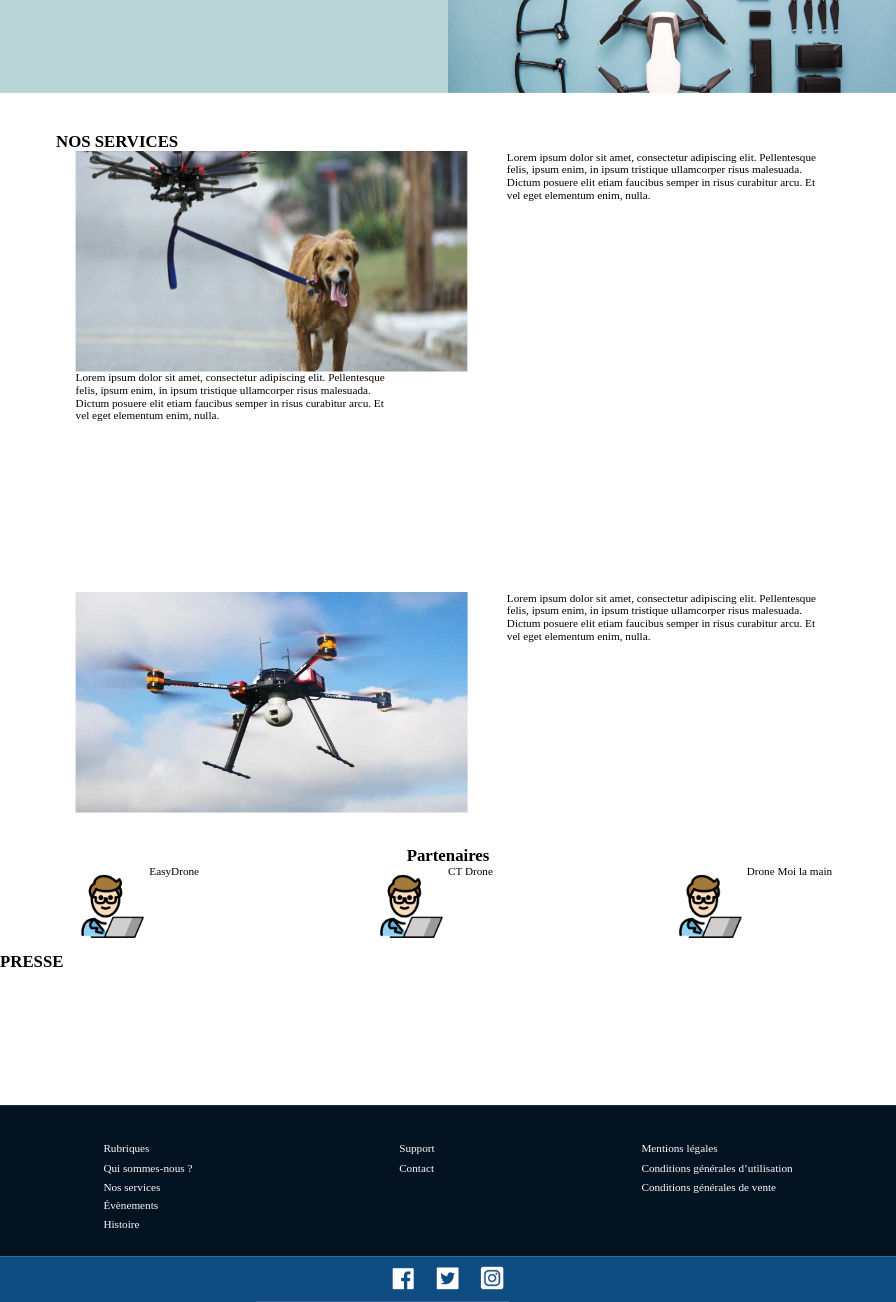
Repository: clairedupuich/serv_drone
Page: http://localhost/aceuille.html
The author's editor kept a copy of each file at every save. The page is drawn from the files as they stood at one save, then again after a run of saves.
The browser window is 1280 px wide. The pictures show the part of the page from y = 744 to 2664 px (the page is 2604 px tall before and 2664 px after), at 70% of full size.
Pictures or frames that could not be fetched are drawn as grey boxes. The page is run by PHP 8.4 with error messages shown; the project is at /var/www/html/.

Above is the page before, as saved 2020-11-01 22:34:56.

### aceuille.html
<!DOCTYPE html>
<html lang="en">
<head>
    <meta charset="UTF-8">
    <meta name="viewport" content="width=device-width, initial-scale=1.0">
    <title>Aceuille</title>
    <link rel="stylesheet" href="style.css">
</head>
<body>
    <header>
        <section class="navLogo">
            <img src="img/Group 5.png" class="logo">
            <div class="navAndIcon">
                <ul class="nav">
                    <li class=""> <a href="qui_somme_nous.html"> Qui sommes-nous ?</a></li>
                    <li class=""> <a href="nos_produit.html"> Nos services</a></li>
                    <li class=""> <a href="histoire.html"> Histoire</a></li>
                    <li class=""> <a href="evenements.html"> Évènements</a></li>
                    <li class=""> <a href="support.html"> Support</a></li>
                    <li class=""> <a href="contact.html"> Contact</a></li>
                </ul>

                <div class="iconHeader">
                  <a href="" class="iconHaut"><img src="img/Vector.png" alt=""></a>
                  <a href="" class="iconHaut"><img src="img/Vector(1).png" alt=""></a>
                  <a href="" class="iconHaut"><img src="img/Vector(2).png" alt=""></a>
                </div>
            </div>
        </section>
        <section class="grandImg">
            <h2>Serv’Drone</h2>
            <p class="inHeaderP">Petite phrase d’accroche lorem ipsum s simply dummy text
                of the printing and typesetting industry.</p>
        </section>
    </header>


<section>
    <div class="container_acceuille">
        <div class="inuvation">
            <h3>INNOVATION</h3>
            <p>Lorem ipsum dolor sit amet, consectetur adipiscing elit. Pellentesque felis, ipsum enim, in ipsum tristique ullamcorper risus malesuada. Dictum posuere elit etiam faucibus semper in risus curabitur arcu. Et vel eget elementum enim, nulla. </p>
        </div>
        <img src="img/drone-knoll-flatlay 1.png" alt="" class="imgInovation">
    </div>
</section>

<section class="service_of_produit">
    <h2 class="titreAceuille">NOS SERVICES </h2>
    <div class="containerService">
        <img src="img/promèneChien.png" alt="" class="imgService">
        <p class="textService">Lorem ipsum dolor sit amet, consectetur adipiscing elit. Pellentesque felis, ipsum enim, in ipsum tristique ullamcorper risus malesuada. Dictum posuere elit etiam faucibus semper in risus curabitur arcu. Et vel eget elementum enim, nulla. </p>
    </div>
    <div class="containerService">

        <p class="textService">Lorem ipsum dolor sit amet, consectetur adipiscing elit. Pellentesque felis, ipsum enim, in ipsum tristique ullamcorper risus malesuada. Dictum posuere elit etiam faucibus semper in risus curabitur arcu. Et vel eget elementum enim, nulla. </p>
        <!-- <img src="" alt="" class="imgService"> -->
        <iframe width="560" height="315" src="https://www.youtube.com/embed/5ieqqD7U5DI" frameborder="0" allow="accelerometer; autoplay; clipboard-write; encrypted-media; gyroscope; picture-in-picture" allowfullscreen></iframe>
    </div>
    <div class="containerService">
        <img src="img/service3.jpg" alt="" class="imgService">
        <p class="textService">Lorem ipsum dolor sit amet, consectetur adipiscing elit. Pellentesque felis, ipsum enim, in ipsum tristique ullamcorper risus malesuada. Dictum posuere elit etiam faucibus semper in risus curabitur arcu. Et vel eget elementum enim, nulla.</p>
    </div>
</section>
<section>
    <div class="containerP">
        <h2 class="title text-center">Partenaires</h2>
        <div class="partners">
          <div class="block-partner">
            <img src="img/openmoji_man-technologist-light-skin-tone.png" alt="Logo des partenaires">
            <p>EasyDrone</p>
          </div>
          <div class="block-partner">
            <img src="img/openmoji_man-technologist-light-skin-tone.png" alt="Logo des partenaires">
            <p>CT Drone</p>
          </div>
          <div class="block-partner">
            <img src="img/openmoji_man-technologist-light-skin-tone.png" alt="Logo des partenaires">
            <p>Drone Moi la main</p>
          </div>
        </div>
      </div>
</section>
<section>
    <h2 class="titreAceuille">PRESSE</h2>
    <div class="container"></div>
</section>









    <footer>
        <div class="textFooterC">
            <div class="texFooter">
                <a href="" class="textFooterEle">Rubriques</a>
                <a href="" class="textFooterEle">Qui sommes-nous ? </a>
                <a href="" class="textFooterEle">Nos services</a>
                <a href="" class="textFooterEle">Évènements</a>
                <a href="" class="textFooterEle">Histoire</a>


            </div>
            <div class="texFooter">
                <a href="" class="textFooterEle">Support</a>
                <a href="" class="textFooterEle">Contact</a>
            </div>
            <div class="texFooter">
                <a href="" class="textFooterEle">Mentions légales</a>
                <a href="" class="textFooterEle">Conditions générales d’utilisation</a>
                <a href="" class="textFooterEle">Conditions générales de vente</a>
            </div>
        </div>
        <div class="iconsFooter">
               <img src="img/Vector 1.png" alt="" class="iconFooter">
               <img src="img/Vector2.png" alt="" class="iconFooter">
               <img src="img/Vector 3.png" alt="" class="iconFooter">
        </div>
    </footer>
</body>
</html>

### style.css
/* header commence ci-desous */
.navLogo {
    display: flex;
    flex-wrap: wrap;
    flex-direction: row;
    justify-content: space-around;
    align-items: center;
    padding: 1.5em;
}
.logo {
    width: 5em;
    height: 5em;
    margin-left: 0;
}
.nav {
    display: flex;
    flex-wrap: wrap;
    flex-direction: row;
    justify-content: space-between;
    margin-bottom: 0;
}
.nav > li {
    text-decoration: none;
    transition-property: transform;
    transition-duration: .2s;
    transform: scale(1);
    padding: 1em;
    list-style: none;
}
.nav > li > a {
    list-style: none;
    color:black;
    text-decoration: none;

}
.nav > li:hover {
    transform: scale(1.3);
    color: rgb(10, 23, 204);

}

.nav > li > a:hover {
    transform: scale(1.3);
    color: rgb(10, 23, 204);

}
.iconHeader {
    text-align: end;
   margin-right: 3em;
}
.iconHaut {
    margin-left: 1em;
}
.grandImg {
    background-image: url(img/headerimg.png);
    border-top: 7px solid #0F4C81;
    background-repeat: no-repeat;
    background-origin: border-box;
    background-position: center;
}
.grandImg > h2 {
    color: snow;
    font-size:3em ;
    margin: 0 auto 1em 1em;
    padding-top: 2em;
}
.inHeaderP {
    width: 40%;
    margin-bottom: 7em;
    padding-bottom: 8%;
    padding-left: 3.5%;
}
@media screen and (max-width: 770px) {
    .inHeaderP {
        width: 70%;
        margin-bottom: 6em;
        padding: 8% auto;
    }
    .grandImg > h2 {
        color: snow;
        font-size:2em ;
        margin: 0 auto 1em 1em;
        padding-top: 2em;
    }
}
/* page support commence */
*{
    margin: 0;
    padding: 0;
}
.videoDiv,
.iconText, {
    margin-bottom: 7em;
}
.contenueSupport {
   margin: 4em auto;
   padding: 1em 4%;
   text-align: center;
}
iframe {
    min-width: 300px;
}
.videoDiv > h2 {
   margin-bottom: 2em;
}

/* les icons de page support commence */
.titreIcon {
    color: snow;
    background-color: #0F4C81;
    margin: 5em auto;
    padding: .5em;
    width: 45%;
    border-radius: 3em;
}
@media screen and (max-width: 925px){
    .titreIcon {
        width: 65%;
        font-size: 1em;
    }
}
.iconText {
    display: flex;
    flex-direction: row;
    flex-wrap: wrap;
    justify-content: space-around;
}
.fig {
    width: 25%;
    min-width: 10em;
    margin-bottom: 7em;
}
.icon {
    margin-bottom: 2em;
}
.icon1,
.icon4 {
    margin-bottom: 3em;
}
.fig > figcaption {
    text-align: center;
    padding: 2em;
}

.repaire {
    margin-bottom: 4em;
    padding: 1em 15%;
}
.teleMail {
    display: flex;
    flex-direction: row;
    flex-wrap: wrap;
    justify-content: space-around;
}
.tele,
.mail {
    color: snow;
    background-color: #0F4C81;
    margin-bottom: 3em;
    padding: .5em;
    width: 33%;
    min-width: 15em;
}

/* page qui somme nous commence */
.quiHaut {
    text-align: center;
    background-color: #031322;
    background-clip: border-box;
    padding: 3em 17%;
    color: snow;
}
.littleTitre {
    font-weight: bold;
    padding: 2em;
    font-size: 1.2em;
}
.quiText {
    padding-bottom: 9em;
    line-height: 1.5em;
    text-align: justify;
}
.chefs {
    /* background-color: #031322; */
    background-clip: border-box;
    padding:2em 8%;
   /*  color: snow; */
}
.chefs > h4 {
    margin-left: 4em;
}
.man {
    display: flex;
    flex-wrap: wrap;
    flex-direction: row;
    justify-content: space-around;
    margin-bottom: 6em;
}
.imgMan2 {
    display: none;
}
.manText {
    width: 35%;
    text-align: justify;

}
@media screen and (max-width: 380px){
    .manText {
        width: 65%;
        text-align: justify;

    }
    .imgMan2 {
        display: block;
    }
    .imgManComputer {
        display: none;
    }
}

/* footer commence */
footer {

    color: snow;
    margin-top: 8em;
}
.textFooterC {
    background-color: #031322;
    display: flex;
    flex-direction: row;
    flex-wrap: wrap;
    justify-content: space-around;
    padding-top: 3em;
    padding-bottom: 2em;
}
.texFooter {
    display: flex;
    flex-direction: column;
    line-height: 1.7em;
    background-clip: border-box;
}
/* .textFooter2 {
    margin-right: 19em;
} */
.textFooterEle {
    text-decoration: none;
    list-style: none;
    color: snow;
}
.iconsFooter {
    background-color: #0F4C81;
    text-align: center;
}
.iconFooter{
   padding: 0.9em;
}

/* page contact commence */
.contenueContact {
    padding:2em 9%;
    background-color: #f2f3f3;
    background-clip: border-box;
}
.contact {
    display: flex;
    flex-direction: row;
    flex-wrap: wrap;
    justify-content: space-around;
    margin-bottom: 3em;
}
.contact > p {
    background-color: #ffffff;
    padding: 10% 2em;
    border-radius: 3em;
    margin-bottom: 1.5em;

}
.contact > p > span {
    font-size: 1.5em;
    display: block;
    margin-bottom: 1em;
}
.contact_img {
    border-radius: 3em;
    width: 40%;
    min-width: 20em;
}

/* formulaire ci-desous */
.cont h2 {
    margin: 6em auto 2em;
    text-align: center;
    width: 80%;
}

.hform {

    background-image: url(img/drone2.png);
    background-repeat: no-repeat;
    background-position-x: right;
    background-position-y: top;
}

.cont h3 {
    margin-bottom: 1em;
}

.contat-p {
    padding: 8px auto;
}

form {
    margin-top: 1.5em;

}

.nomemail {
    display: flex;
    flex-direction: row;
    flex-wrap: wrap;
    justify-content: space-between;

}

.form-nom {
    width: 40%;
    min-width: 16em;
}

.form-emil {
    width: 40%;
    margin-right:.5em;
    min-width: 16em;
}

.name {

    color: rgb(39, 37, 37);
    padding: 1em;
    width: 100%;
    margin: 0.7em auto;
}

.textarea {
    width: 100%;
    padding: 1.5em;
    font-size: 1em;
    margin-bottom: 2em;
    font-style: italic;

}

.contact-submit input {
    padding: .6em;
    font-size: 1em;
    background-color: #febf01;
    border: darkslategrey solid 1px;
    box-shadow: 2px 3x 6px black;
    border-radius: 3px;
    color: cornsilk;
    cursor: pointer;
}
@media screen and (max-width: 556px) {
    footer {
        margin-top: 5em;
        text-align: center;
    }
    .textFooterC {
        display: flex;
        flex-direction: column;
        flex-wrap: wrap;
        justify-content: space-around;
        padding-top: 3em;
        padding-bottom: 2em;
    }
    .texFooter {
        display: flex;
        flex-direction: column;
        line-height: 1.7em;
        background-clip: border-box;
    }

    .cont {
        background-image: url(img/drone2.png);
        background-repeat: no-repeat;
        background-position-x: right;
        background-position-y: top;
    }
    .hform {

        background-image: url();
    }

    .textarea {
        width: 92%;
    }

}
/* page histoire commence ici */
.cotenue_histoire {
    text-align: center;
}
.histoire_titre {
    text-align: center;
    font-weight: bold;
    font-size: 1.5em;
    margin: 3em auto;
}
.histoire_img {
    width: 60%;
}

/* page produit/ service commence */
.container {
    padding: 2em 5em;
}
 ul li {

    list-style: none;
    text-decoration: none;
}
.bg-light {
    padding: 1em 5em 4em;
    background-color: #D4E3E3;
}
.title {
    text-align: center;

}
.services {
    margin: 80px 0;
    padding: 30px;
  }

  .service-text {
    padding: 40px 0;
  }

  .service-img {
    margin-top: 20px;
    position: relative;
    height: 300px;
    background: center / cover no-repeat url(/images/service1.png);

    border-radius: 13px;

    transition: .3s;
  }

  .service-img-1 {
    background-image: url(/images/service2.png);
  }

  .service-img-2 {
    background-image: url(/images/service3.png);
  }

  .service-img-3 {
    background-image: url(/images/service4.png);
  }

  .service-img-4 {
    background-image: url(/images/service5.png);
  }

  .services a:hover .service-img {
    box-shadow: 4px 3px 14px -1px rgba(0, 0, 0, 0.26);
  }

  .service-img p {
    padding: 30px;
    position: absolute;
    top: 20px;
    right: 0;
    width: 200px;

    font-weight: 900;

    border-radius: 10px 0 0 10px;

    background-color: #B8D4D4;
  }

  .application {
    padding: 50px 0;
  }

  .application .title {
    margin-bottom: 50px;
  }
  /* products */
  .products {
    margin: 50px 0;
  }

  .product {
    padding: 15px;
    margin: 30px 0;

    color: #FFF;

    background-color: #031322;


  }

  .product img {

    width: 100%;
  }

  .product-title {
    margin-top: 20px;
    font-weight: 800;
  }

  .product-details {
    margin: 20px 0;
  }

  .product-price {
    text-align: center;
    font-weight: 800;
  }

  .product .btn {
    display: inline-block;
    margin-top: 20px;
    padding: 10px 0;
    width: 100%;
    color: snow;
    text-decoration: none;
    text-align: center;

    background-color: #0F4C81;

    border-radius: 6px;
  }

  a.btn:hover {
    color: #031322;
  }



  @media only screen and (min-width: 768px) {
    .products {
      display: grid;
      grid-template-columns: 1fr 1fr 1fr;
      grid-gap: 20px;
    }

    .product {
      min-height: 600px;
      position: relative;
    }

    .bottom-product {
      position: absolute;
      bottom: 15px;
      left: 15px;
      right: 15px;
    }
  }


/* page de evenements commance */
.evenement_container {
    display: flex;
    flex-direction: row;
    flex-wrap: wrap;
    justify-content: space-around;
    margin: 2em 3em;
}
.evenement_text{
    width: 35%;
}
.evenement_text p {
    margin-top: 2em;
}
.img_evenement_top {
    width: 45%;
    min-width: 20em;
}
.three_images {
    margin: 9em 3em;
}
.img_evenement_middle {
    width: 30%;
    min-width: 15em;
    margin-bottom: 2em;
}
.img_evenement_bottom {
    width: 55%;
    margin-left: 25%;
}
/* page d'aceuill commence */
.service_of_produit {
    margin: 3em 5em;
}
.containerService {
    display: flex;
    flex-direction: row;
    flex-wrap: wrap;
    justify-content: space-around;
}
.imgService {
    width: 560px;
    height: 315px;
}
.textService {
    width: 40%;

}
.block-partner {
    display: flex;
}
.container_acceuille {
    display: flex;
    flex-direction: row;
    flex-wrap: wrap;
    justify-content: space-between;
    width: 100%;
    margin-bottom: 3.5em;
}

.inuvation {
    width: 45%;
    background-color: #B8D4D4;
    padding: 2em;
}
.inuvation h3 {
    margin-bottom: 1.5em;
}
.imgInovation {
    width: 50%;
    min-width: 20em;
}

.partners {
    display: flex;
    flex-wrap: wrap;
    flex-direction: row;
    justify-content: space-around;
}
.block-partner {
    display: grid;
    grid-template-columns: 1fr 1fr;
    margin: ;
}

After the next 3 saves:
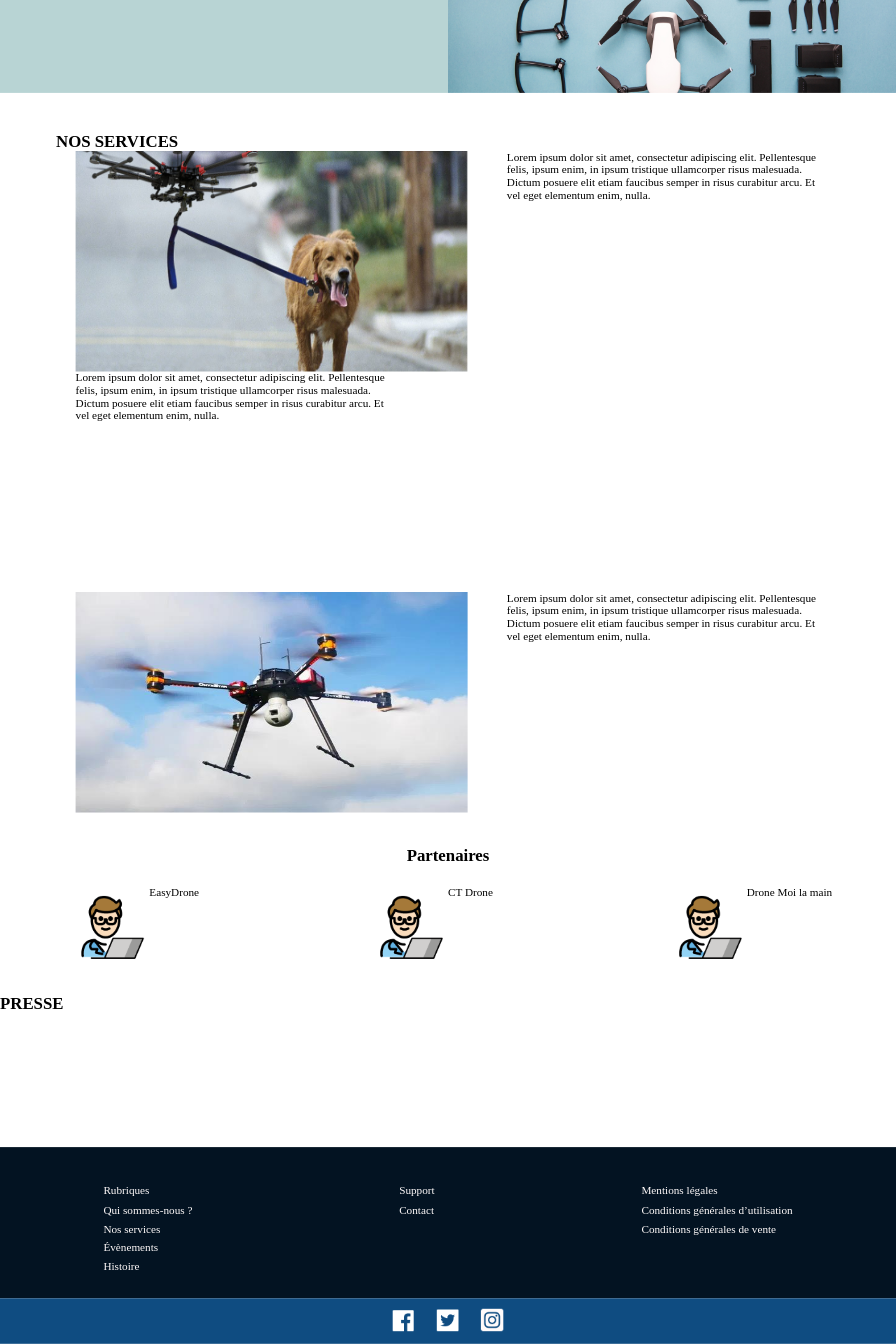
The 3 saves are shown as one change because they came seconds apart.
The last was saved 10 s later.
--- a/style.css
+++ b/style.css
@@ -646,5 +646,5 @@ form {
 .block-partner {
     display: grid;
     grid-template-columns: 1fr 1fr;
-    margin: ;
-}
+    margin: 30px 0;
+}
